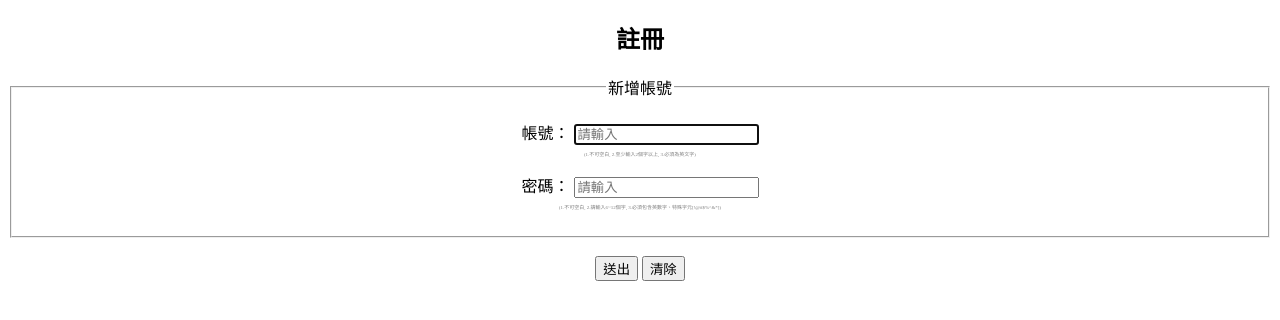
Repository: Ray917x/JaveEEforProject
Page: JSP/src/main/webapp/project/CreateMember.html
An editor plug-in stored every save of this project. The page is shown before and after the next save, followed by the edit.
The browser window is 1280 px wide. The pictures show the whole page.

Above is the page before, as saved 2022-09-12 10:03:21.

After the next save:
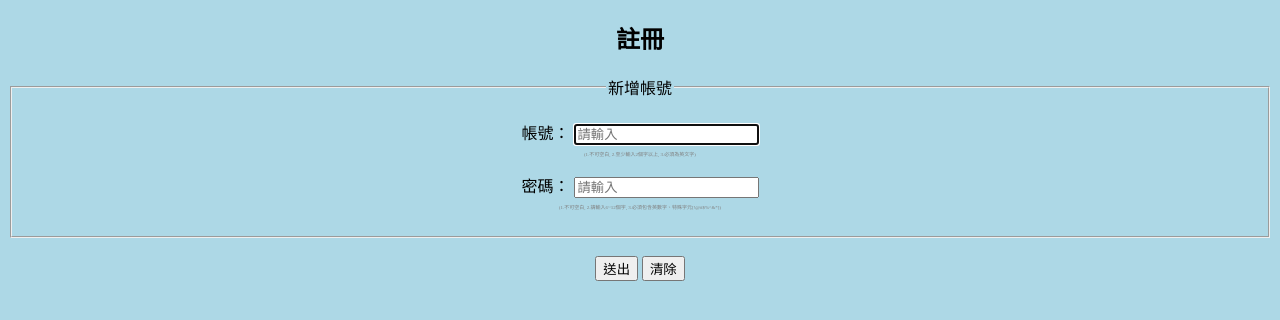
Saved 2 min 6 s later.
--- a/JSP/src/main/webapp/project/CreateMember.html
+++ b/JSP/src/main/webapp/project/CreateMember.html
@@ -14,7 +14,7 @@
 	</style>
 </head>
 
-<body style="background-color:#lightblue" align="center">
+<body style="background-color:lightblue" align="center">
 	<h2>註冊</h2>
 	<form action="/JSP/CreateMember" method="post" enctype="multipart/form-data">
 		<fieldset>
